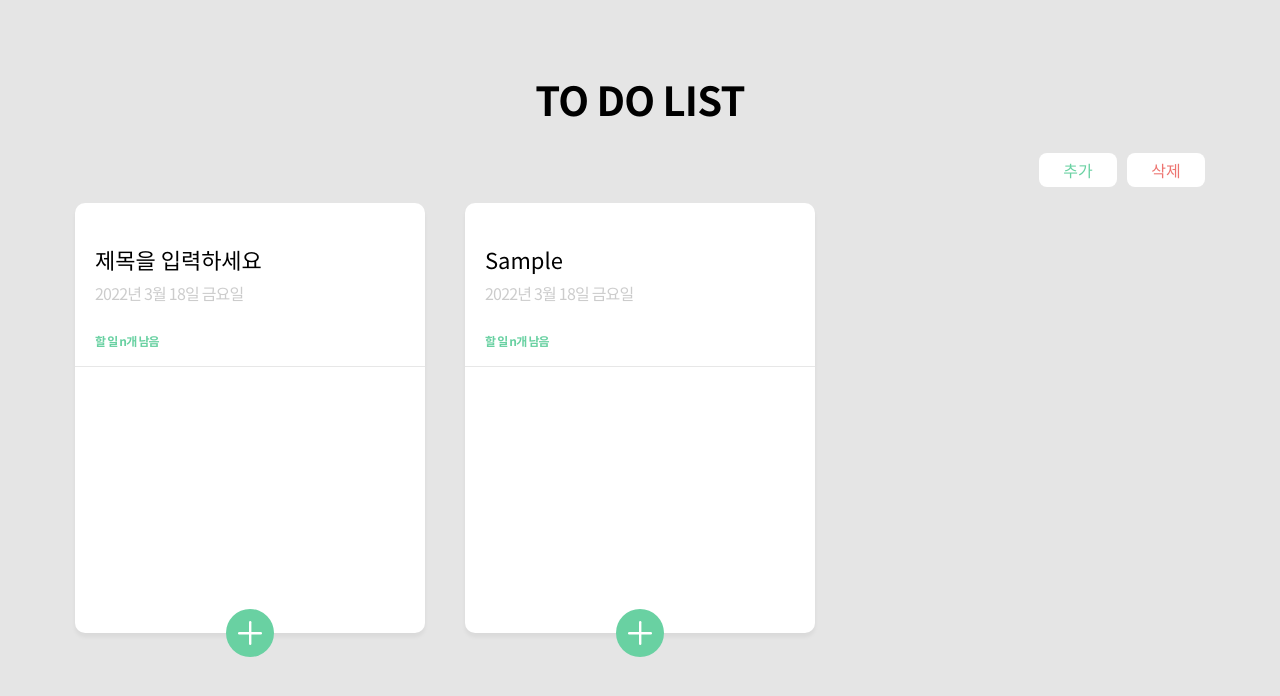
Repository: KIMSEOUNYOUNG/toDoList
Page: skin/main.html
An editor plug-in stored every save of this project. The page is shown before and after the next save, followed by the edit.
The browser window is 1280 px wide. The pictures show the whole page.
Empty fields were first filled with sample values (such as "Sample", 5 or name@example.com).
After loading, the first visible `button.btn` was clicked once.

Above is the page before, as saved 2022-05-02 10:58:06.

### skin/main.html
<!DOCTYPE html>
<html lang="en">
<head>
    <meta charset="UTF-8">
    <meta http-equiv="X-UA-Compatible" content="IE=edge">
    <meta name="viewport" content="width=device-width, initial-scale=1.0">
    <title>To Do List</title>
    <!-- web font -->
    <link href="https://fonts.googleapis.com/css2?family=Noto+Sans+KR:wght@400;500;700&display=swap" rel="stylesheet">
    <!-- css -->
    <link rel="stylesheet" href="../resource/css/reset.css">
    <link rel="stylesheet" href="../resource/css/common.css">
    <link rel="stylesheet" href="../resource/css/style.css">
    <!-- js -->
    <script src="https://code.jquery.com/jquery-3.6.0.min.js"></script>
    <script src="../resource/js/main.js"></script>
</head>
<body>
    <div id="con" class="con">
        <div class="wrap">
            <h2 class="con_tit t_center">to do list</h2>
            <div class="btn_box">
                <button class="btn plus" onclick="addBox()">추가</button>
                <button class="btn del ml_10">삭제</button>
                <button class="btn del chk ml_10" onclick="delBox()">삭제</button>
            </div>
            <div class="row wp mb_75">

                <div class="col_8">

                    <label class="del_chk">
                        <input type="checkbox" disabled>
                        <div class="tdList_box">

                            <div class="tdList_tit_box">
                                <input type="text" class="tdList_tit bn p_0" placeholder="제목을 입력하세요" onkeypress="tdPrint(this)">
                                <p class="tdList_date">2022년 3월 18일 금요일</p>
                                <div class="tdList_remain"><b>할 일 n개 남음</b></div>
                            </div>

                                <ul class="tdList_list_box">

                                    <!-- <li>
                                        <label for="toDoList" class="fm_ch">
                                            <input class="chBox" type="checkbox" name="" id="toDoList">
                                            <div id="td_result" class="tdList_list_txt">할 일을 적어봅시다.</div>
                                            <button class="list_del">
                                                <i class="icon_trash"></i>
                                            </button>
                                        </label>
                                    </li> -->

                                </ul>

                            <div class="txt_box toggle_on">
                                <form >
                                    <input type="text" style="display: none;">
                                    <!-- <input class="bn" id="td_add" type="text" onkeypress="if(window.event.keyCode == 13){tdPrint();}" placeholder="할 일을 입력 후, Enter를 누르세요."> -->
                                    <input class="td_add bn" type="text" onkeypress="tdPrint(this)" placeholder="할 일을 입력 후, Enter를 누르세요." value="">
                                </form>
                            </div>
                            <div class="tdList_btn_box toggle_on" onclick="txtBoxOn(this)">
                                <button class="tdList_btn">
                                    <i class="icon_plus"></i>
                                </button>
                            </div>

                        </div>
                    </label>

                </div>

            </div>
        </div>
    </div>
</body>
<script>
    // 입력 박스 이벤트
    function txtBoxOn(){
        var txtBtn =  window.event.target;
        var btnBox = txtBtn.closest('div');

        btnBox.classList.toggle('on');
        $(btnBox).siblings('.toggle_on').toggleClass('on');
    }

    // 클릭 이벤트
    var winWidth = window.innerWidth;

    var $tdBox = document.querySelectorAll('.tdList_box');

    $tdBox.forEach(function(el){
        // 모바일 클릭
        if(winWidth <= 720){
            $(el).on('click', function(e){
                $(this).addClass('mob_on');
            });
        } else {
            $($tdBox).off('click').removeClass('mob_on');
        }
    });

    // // 리사이징
    window.addEventListener('resize', function(){
        var winWidth = window.innerWidth;

        $tdBox.forEach(function(el){
            // 모바일 클릭
            if(winWidth <= 720){
                $(el).on('click', function(e){
                    $(this).addClass('mob_on');
                });
            } else {
                $($tdBox).off('click').removeClass('mob_on');
            }
        });
    });

    // tdList_tit toDoList 추가 이벤트
    function tdPrint(){
        var curretBox = window.event.target;

        if(window.event.keyCode == 13 && $(curretBox).hasClass('td_add')){
            var tdAdd = curretBox.value;
            var tdLBox = $(curretBox).closest('div').siblings('.tdList_list_box');
            var newList = document.createElement("li");

            $(newList).append('<label for="toDoList" class="fm_ch"><input class="chBox" type="checkbox" name="" id="toDoList"><div id="td_result" class="tdList_list_txt">'+ tdAdd +'</div><button class="list_del" onclick="delList(this);"><i class="icon_trash"></i></button></label></li>');

            tdLBox.append(newList);

            curretBox.value = null;
        } else if(window.event.keyCode == 13 && $(curretBox).hasClass('tdList_tit')){
            var titAdd = curretBox.value;
            var titBox = $(curretBox).closest('div');

            titBox.prepend('<div class="tdList_tit p_0">'+ titAdd +'</div>');
            curretBox.remove();
        }
    }

    function delList(){
        var list = window.event.target;

        list.closest('li').remove();
    }

    // tdList_box 삭제
    $('.btn.del:not(.chk)').on('click', function(){
        var $tdBox = document.querySelectorAll('.tdList_box');
        var boxNum = $tdBox.length;
        console.log(boxNum)

        if(boxNum < 1){
            alert('삭제할 리스트가 없습니다.');
        } else {
            var $delChkBox = $('.del_chk > input');

            $(this).hide().siblings('.btn.del').show();
            $('.tdList_btn_box').hide();
            $($delChkBox).attr('disabled', false);

            console.log($delChkBox);

            $($delChkBox).on('click', function(){
                $(this).addClass('checked');
            });
        }
    });

    function delBox(){
        var chk = $('.checked');

        $(chk).closest('div').remove();
        $('.del_chk > input').attr('disabled', true);
        $('.chk').hide().siblings('.del').show();
        $('.tdList_btn_box').show();
    }

    function addBox(){
        const nowDate = new Date();
        const year = nowDate.getFullYear();
        const month = nowDate.getMonth();
        const date = nowDate.getDay();
        console.log(date);
        var day = ['일요일', '월요일', '화요일', '수요일', '목요일', '금요일', '토요일'];
        var newBox = `<label class="del_chk">
                                <input type="checkbox" disabled>
                                <div class="tdList_box">

                                    <div class="tdList_tit_box">
                                        <input type="text" class="tdList_tit bn p_0" placeholder="제목을 입력하세요" onkeypress="tdPrint(this)">
                                        <p class="tdList_date">2022년 3월 18일 금요일</p>
                                        <div class="tdList_remain"><b>할 일 n개 남음</b></div>
                                    </div>

                                        <ul class="tdList_list_box"></ul>

                                    <div class="txt_box toggle_on">
                                        <form >
                                            <input type="text" style="display: none;">
                                            <input class="td_add bn" type="text" onkeypress="tdPrint(this)" placeholder="할 일을 입력 후, Enter를 누르세요." value="">
                                        </form>
                                    </div>
                                    <div class="tdList_btn_box toggle_on" onclick="txtBoxOn(this)">
                                        <button class="tdList_btn">
                                            <i class="icon_plus"></i>
                                        </button>
                                    </div>

                                </div>
                        </label>`;
        var boxWrap = document.querySelector('.row');
        var newCol = document.createElement('div');

        newCol.classList.add('col_8');
        newCol.innerHTML = newBox;

        boxWrap.prepend(newCol);
    }

</script>
</html>

### resource/css/reset.css
/*
html5doctor.com Reset Stylesheet
v1.6.1
Last Updated: 2010-09-17
Author: Richard Clark - http://richclarkdesign.com
Twitter: @rich_clark
*/

/* color */
:root {
	--gray1: #e7e7e7;
	--gray2: #f5f5f5;
	--green: #69D1A2;
	--red: #ED7470;
}

html, body, div, span, object, iframe,
h1, h2, h3, h4, h5, h6, p, blockquote, pre,
abbr, address, cite, code,
del, dfn, em, img, ins, kbd, q, samp,
small, strong, sub, sup, var,
b, i,
dl, dt, dd, ol, ul, li,
fieldset, form, label, legend,
table, caption, tbody, tfoot, thead, tr, th, td,
article, aside, canvas, details, figcaption, figure,
footer, header, hgroup, menu, nav, section, summary,
time, mark, audio, video {
  margin: 0;
  padding: 0;
  border: 0;
  outline: 0;
  font-size: 100%;
  vertical-align: baseline;
  background: transparent;
}

article, aside, details, figcaption, figure,
footer, header, hgroup, menu, nav, section {
  display: block;
}

blockquote, q {
  quotes: none;
}

blockquote:before, blockquote:after,
q:before, q:after {
  content: "";
  content: none;
}

a {
  margin: 0;
  padding: 0;
  font-size: 100%;
  vertical-align: baseline;
  background: transparent;
  color: #222;
}

/* change colours to suit your needs */
ins {
  background-color: transparent;
  color: #000;
  text-decoration: none;
}

/* change colours to suit your needs */
mark {
  font-style: italic;
  line-height: initial;
}

del {
  text-decoration: line-through;
}

abbr[title], dfn[title] {
  border-bottom: 1px dotted;
  cursor: help;
}

table {
  border-collapse: collapse;
  border-spacing: 0;
}

/* change border colour to suit your needs */
hr {
  display: block;
  height: 1px;
  border: 0;
  border-top: 1px solid #cccccc;
  margin: 1em 0;
  padding: 0;
}

input, textarea {
  appearance: none;
  -webkit-appearance: none;
  -webkit-border-radius: 0;
}

input, select {
  vertical-align: middle;
}

input:-webkit-autofill:hover, input:-webkit-autofill:focus, input:-webkit-autofill:active {
  transition: background-color 5000s ease-in-out 0s;
  -webkit-transition: background-color 9999s ease-out;
  -webkit-box-shadow: 0 0 0px 1000px rgba(255, 255, 255, 0) inset !important;
}

select {
  font-family: inherit;
  -webkit-appearance: none;
  -moz-appearance: none;
  appearance: none;
  -webkit-border-radius: 0;
  -moz-border-radius: 0;
  -o-border-radius: 0;
  border-radius: 0;
}
select::-ms-expand {
  display: none;
}

ul, ol, li {
  list-style: none;
}

input {
  font-family: inherit;
  -webkit-appearance: none;
  -moz-appearance: none;
  appearance: none;
}

/* input box color */
input:-webkit-autofill {
  -webkit-box-shadow: 0 0 0 30px #ffffff inset;
  -webkit-t-fill-color: #000000;
}

input:-webkit-autofill, input:-webkit-autofill:hover,
input:-webkit-autofill:focus,
input:-webkit-autofill:active {
  transition: background-color 5000s ease-in-out 0s;
}

textarea {
  font-family: inherit;
}

input[type=button],
input[type=submit],
button {
  font-family: inherit;
  background: transparent;
  border: none;
  box-shadow: none;
  border-radius: 0;
  padding: 0;
  overflow: visible;
  cursor: pointer;
  color: inherit;
  -webkit-appearance: none;
  -moz-appearance: none;
  appearance: none;
}

button:active,
button:focus {
  outline: none;
}

img {
  -ms-interpolation-mode: bicubic !important;
}

html {
  font-size: 100%;
  -webkit-text-size-adjust: none;
  -ms-text-size-adjust: none;
  letter-spacing: -0.05em;
}

a {
  text-decoration: none;
  color: inherit;
}

* {
  box-sizing: border-box;
}
*:before, *:after {
  box-sizing: border-box;
}

/*# sourceMappingURL=reset.css.map */

### resource/css/common.css
@charset "UTF-8";

/* font */
html, body {
    font-family: "Noto Sans KR", sans-serif;
    background-color: #E5E5E5;
}

/* align */
.t_center {
    text-align: center;
}
/* font-size */

/* wrap */
.wrap {
    max-width: 1160px;
    width: 100%;
    margin: 0 auto;
    padding: 0 15px;
}

/* tit */
.con_tit {
    font-size: 40px;
    font-weight: 700;
    text-transform: uppercase;
    padding: 70px 0 25px;
}

/* flex wrap */
.row {
    display: flex;
    flex-direction: row;
    flex-wrap: wrap;
}
.row.wp {
    margin-top: -64px;
    margin-left: -20px;
    margin-right: -20px;
}
.row .col_8 {
    flex: 0 1 auto;
    width: 33.333333%;
    padding: 64px 20px 0 20px;
}

/* padding margin */
.p_0 {
    padding: 0;
}
.ml_10 {
    margin-left: 10px;
}
.mb_75 {
    margin-bottom: 75px;
}

/* button */
.btn {
    display: block;
    width: 78px;
    height: 34px;
    font-size: 1rem;
    border-radius: 8px;
    line-height: 34px;
    background-color: #fff;
    transition: background-color .3s, color .3s;
}
.btn.plus {
    color: var(--green);
}
.btn.plus:hover {
    background-color: var(--green);
    color: #fff;
}
.btn.del {
    color: var(--red);
}
.btn.del:hover {
    background-color: var(--red);
    color: #fff;
}
.btn.del.chk {
    background-color: var(--red);
    color: #fff;
    display: none;
}
/* input */
.bn {
    border: unset;
    outline: none;
}
/* checkbox */
.fm_ch {
    position: relative;
    width: 100%;
}
/* .fm_ch > input[type=text] {
    width: calc(100% - 39px);
} */
label {
    position: relative;
}
input[type=checkbox]{
    position: absolute;
    top: 0;
    left: 0;
    line-height: 0;
    font-size: 0;
    width: 0;
    height: 0;
    color: transparent;
    overflow: hidden;
    opacity: 0;
}
.del_chk input[type=checkbox]:checked + .tdList_box::after {
    display: block;
    box-shadow: 0 0 0 3px var(--red) inset;
    /* background-color: #eee; */
}
.fm_ch .chBox {
    position: relative;
    display: inline-block;
    vertical-align: middle;
    cursor: pointer;
    width: 24px;
    height: 24px;
    margin: unset;
    margin-right: 15px;
    opacity: 1;
}
.fm_ch .chBox::before,
.fm_ch .chBox::after {
    content: '';
    display: block !important;
    position: absolute;
    left: 50%;
    top: 50%;
    width: 100%;
    height: 100%;
    transform: translate(-50%, -50%);
    background-repeat: no-repeat;
    background-position: center center;
}
.fm_ch .chBox::before {
    border: 1px solid #ccc;
    border-radius: 50%;
}
.fm_ch .chBox::after{
    transform: translate(-50%, -50%) scale(0);
    background-image: url("data:[embedded picture, 209 characters]");
}
.fm_ch input[type=checkbox]:checked::before {
    border-color: var(--green);
}
.fm_ch input[type=checkbox]:checked::after {
    transform: translate(-50%, -50%) scale(1);
}
.fm_ch input[type=checkbox]:checked + .tdList_list_txt {
    color: #ccc;
}

/* icon */
i[class*=icon_], i[class^=icon_] {
    display: inline-block;
    text-align: center;
    text-indent: -9999px;
    font-size: 1px;
    overflow: hidden;
    width: 24px;
    height: 24px;
    background-position: center;
    background-repeat: no-repeat;
    background-size: auto;
    vertical-align: middle;
}
i.icon_plus {
    background-image: url("data:[embedded picture, 345 characters]");
    background-size: contain;
}
i.icon_chk {
    background-image: url("data:[embedded picture, 209 characters]");
    width: 14px;
    height: 12px;
    background-size: contain;
}
i.icon_trash {
    background-image: url("data:[embedded picture, 1091 characters]");
    width: 30px;
    height: 30px;
    background-size: contain;
}

### resource/css/style.css
.con {
    overflow: hidden;
}
.btn_box {
    position: relative;
    margin-left: auto;
    display: flex;
    align-items: center;
    justify-content: flex-end;
    margin-bottom: 16px;
    z-index: 5;
}

.tdList_box {
    position: relative;
    padding: 40px 20px;
    background-color: #fff;
    height: 430px;
    border-radius: 10px;
    box-shadow: 0 4px 4px 0 rgba(0, 0, 0, .05);
    /* overflow: hidden; */
}
.tdList_box::after {
    content: '';
    position: absolute;
    display: none;
    width: 100%;
    height: 100%;
    top: 0;
    left: 0;
    background-color: rgba(0, 0, 0, 0);
    border-radius: 10px;
    z-index: 100;
}
.tdList_box .tdList {
    width: 100%;
    height: 100%;
    overflow-x: hidden;
    overflow-y: auto;
}
.tdList_box .tdList_tit_box {
    position: relative;
    line-height: 1;
}
.tdList_box .tdList_tit_box::after {
    content: '';
    position: absolute;
    display: inline-block;
    width: calc(100% + 40px);
    height: 1px;
    background-color: var(--gray1);
    left: -20px;
    bottom: 0;
    z-index: 100;
}
.tdList_box .tdList_tit_box .tdList_tit {
    display: block;
    font-size: 22px;
    font-weight: 500;
    width: 100%;
    overflow: hidden;
    text-overflow: ellipsis;
    white-space: nowrap;
}
.tdList_box .tdList_tit_box .tdList_tit::placeholder {
    color: #000;
}
.tdList_box .tdList_tit_box .tdList_date {
    font-size: 14;
    font-weight: 400;
    color: #ccc;
    margin-top: 10px;
}
.tdList_box .tdList_tit_box .tdList_remain {
    font-size: 12px;
    color: var(--green);
    margin-top: 34px;
    padding-bottom: 20px;
}
.tdList_box .tdList_list_box {
    margin-top: 25px;
    width: 100%;
    height: 200px;
    overflow-x: hidden;
    overflow-y: auto;
}
.tdList_box .tdList_list_box::-webkit-scrollbar {
    width: 5px;
}
.tdList_box .tdList_list_box::-webkit-scrollbar-thumb {
    background-color: #bbb;
    border-radius: 10px;
}
.tdList_box .tdList_list_box::-webkit-scrollbar-track {
    background-color: #eee;
    border-radius: 10px;
}
.tdList_box .tdList_list_box li:not(:first-child) {
    margin-top: 15px;
}
.tdList_box .tdList_list_box li .fm_ch {
    position: relative;
    display: flex;
    align-items: center;
    justify-content: flex-start;
}
.tdList_box .tdList_list_box li label .tdList_list_txt {
    display: block;
    width: calc(100% - 69px);
    overflow: hidden;
    text-overflow: ellipsis;
    white-space: nowrap;
    font-size: 1rem;
}
.tdList_box .tdList_list_box li label .list_del {
    margin-left: auto;
    opacity: 0;
}
.tdList_box .tdList_list_box li:hover label .list_del {
    opacity: 1;
}
.tdList_box .txt_box {
    position: absolute;
    display: none;
    padding: 15px 30px;
    width: 100%;
    height: 90px;
    left: 0;
    bottom: 0;
    background-color: var(--gray2);
    border-radius: 0 0 10px 10px;
}
.tdList_box .txt_box.on {
    display: block;
}
.tdList_box .txt_box::after {
    content: '';
    position: absolute;
    display: inline-block;
    width: 100%;
    height: 1px;
    background-color: var(--gray1);
    top: 0;
    left: 0;
}
.tdList_box .txt_box input {
    width: 100%;
    padding: 12px 10px;
    border-radius: 3px;
    font-size: 12px;
}
.tdList_box .txt_box input::placeholder {
    color: #A1A1A1;
}
.tdList_box .tdList_btn_box {
    position: absolute;
    display: block;
    width: 48px;
    height: 48px;
    left: 50%;
    bottom: -48px;
    transform: translate(-50%, -24px);
    z-index: 10;
}
.tdList_box .tdList_btn_box .tdList_btn {
    display: flex;
    align-items: center;
    /* justify-content: center; */
    width: 100%;
    height: 100%;
    border-radius: 50%;
    background-color: var(--green);
}
.tdList_box .tdList_btn_box.on .tdList_btn {
    background-color: var(--red);
}
.tdList_box .tdList_btn_box .tdList_btn i {
    margin: 0 auto;
    transition: transform .3s;
}
.tdList_box .tdList_btn_box.on .tdList_btn i {
    transform: rotate(45deg);
}

/* 미디어 쿼리 */

@media screen and (max-width: 1160px){
    .tdList_box {
        height: 37.0690vw;
    }
}
@media screen and (max-width: 1024px){
    .row .col_8 {
        width: 50%;
    }
    .tdList_box {
        height: 54.3945vw;
    }
}
@media screen and (max-width: 720px){
    .row .col_8 {
        width: 100%;
    }
    .tdList_box {
        height: auto;
    }
    .tdList_box .tdList_tit_box::after {
        display: none;
    }
    .tdList_tit_box .tdList_remain {
        display: none;
    }
    .tdList_list_box {
        display: none;
        height: auto !important;
        margin-bottom: 70px;
    }
    .tdList_box .tdList_btn_box {
        display: none;
    }
    /* mob_on */
    .tdList_box.mob_on .tdList_tit_box::after {
        display: block;
    }
    .tdList_box.mob_on .tdList_remain {
        display: block;
    }
    .tdList_box.mob_on .tdList_list_box {
        display: block;
    }
    .tdList_box.mob_on .tdList_list_box label .list_del {
        opacity: 1;
    }
    .tdList_box.mob_on .txt_box {
        display: block;
    }
}

Loaded but not shown: resource/js/main.js (no stored copy; drawn as an empty file)

After the next save:
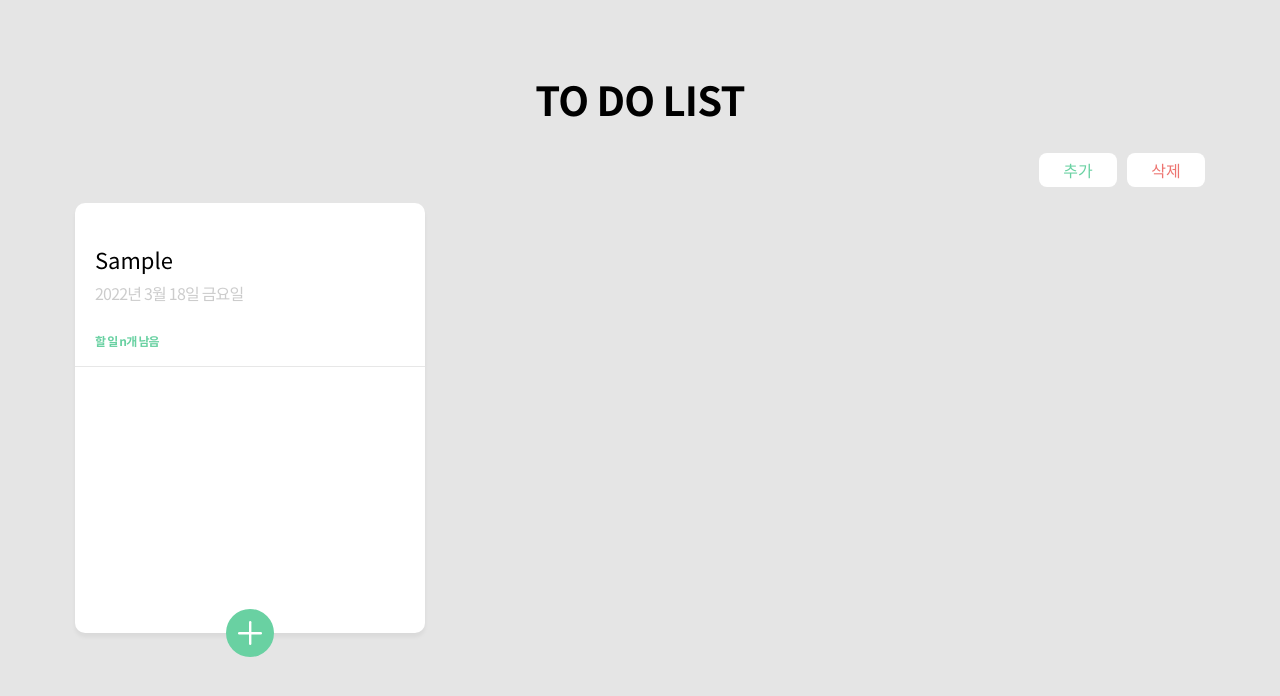
Console error: SyntaxError: Identifier 'day' has already been declared
Saved 31 s later.
--- a/skin/main.html
+++ b/skin/main.html
@@ -181,8 +181,8 @@
         const nowDate = new Date();
         const year = nowDate.getFullYear();
         const month = nowDate.getMonth();
-        const date = nowDate.getDay();
-        console.log(date);
+        const date = nowDate.getDate();
+        const day = nowDate.getDay();
         var day = ['일요일', '월요일', '화요일', '수요일', '목요일', '금요일', '토요일'];
         var newBox = `<label class="del_chk">
                                 <input type="checkbox" disabled>

After the save that followed:
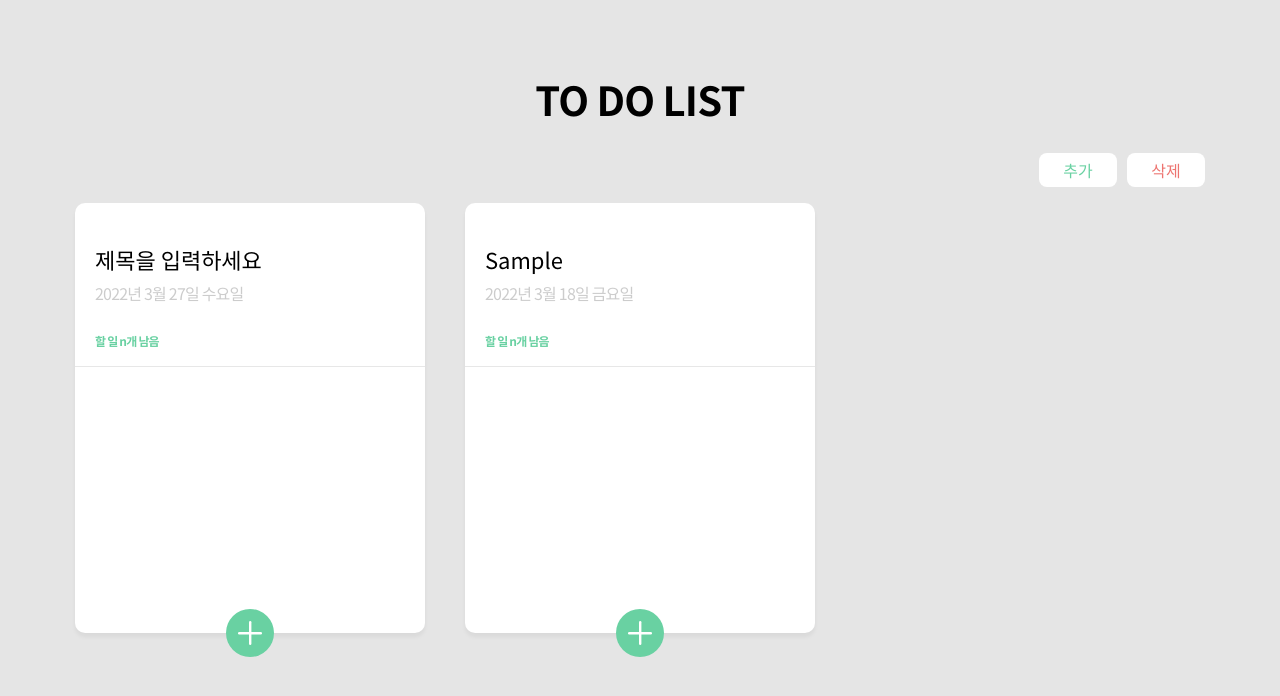
The error is gone.
Saved 98 s later.
--- a/skin/main.html
+++ b/skin/main.html
@@ -183,14 +183,15 @@
         const month = nowDate.getMonth();
         const date = nowDate.getDate();
         const day = nowDate.getDay();
-        var day = ['일요일', '월요일', '화요일', '수요일', '목요일', '금요일', '토요일'];
+        const days = ['일요일', '월요일', '화요일', '수요일', '목요일', '금요일', '토요일'];
+
         var newBox = `<label class="del_chk">
                                 <input type="checkbox" disabled>
                                 <div class="tdList_box">
 
                                     <div class="tdList_tit_box">
                                         <input type="text" class="tdList_tit bn p_0" placeholder="제목을 입력하세요" onkeypress="tdPrint(this)">
-                                        <p class="tdList_date">2022년 3월 18일 금요일</p>
+                                        <p class="tdList_date">${year}년 ${month}월 ${date}일 ${days[day]}</p>
                                         <div class="tdList_remain"><b>할 일 n개 남음</b></div>
                                     </div>
 
